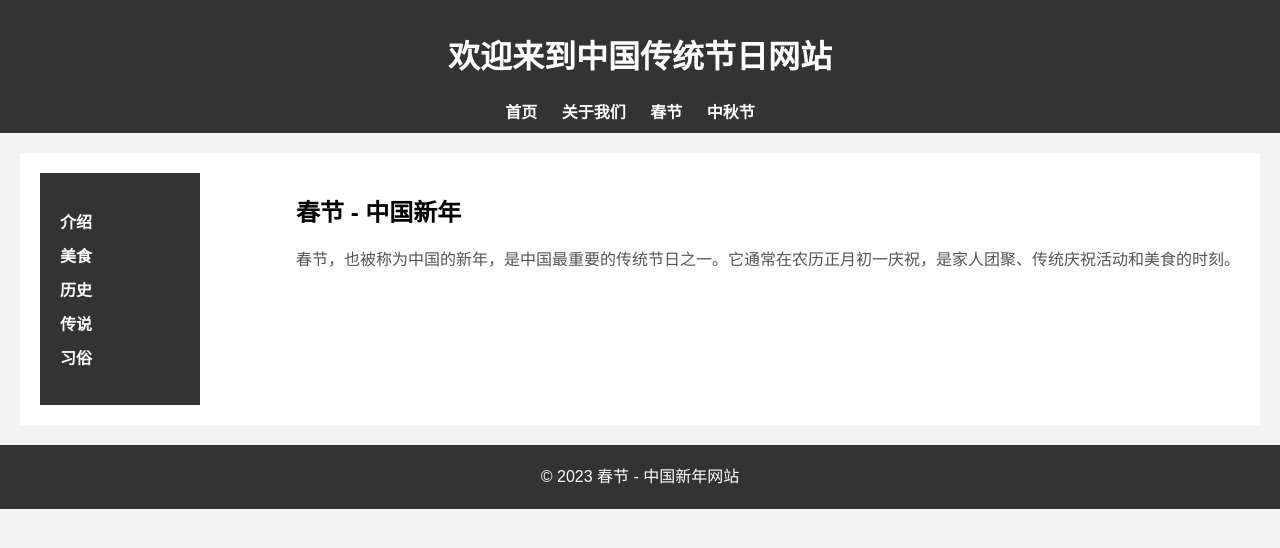
Repository: XueJie1/computer-operation-basics
Page: pages/springfes/springfestival.html
The author's editor kept a copy of each file at every save. The page is drawn from the files as they stood at one save, then again after the next save.
The browser window is 1280 px wide. The pictures show the whole page.

Above is the page before, as saved 2023-08-31 18:21:23.

After the next save:
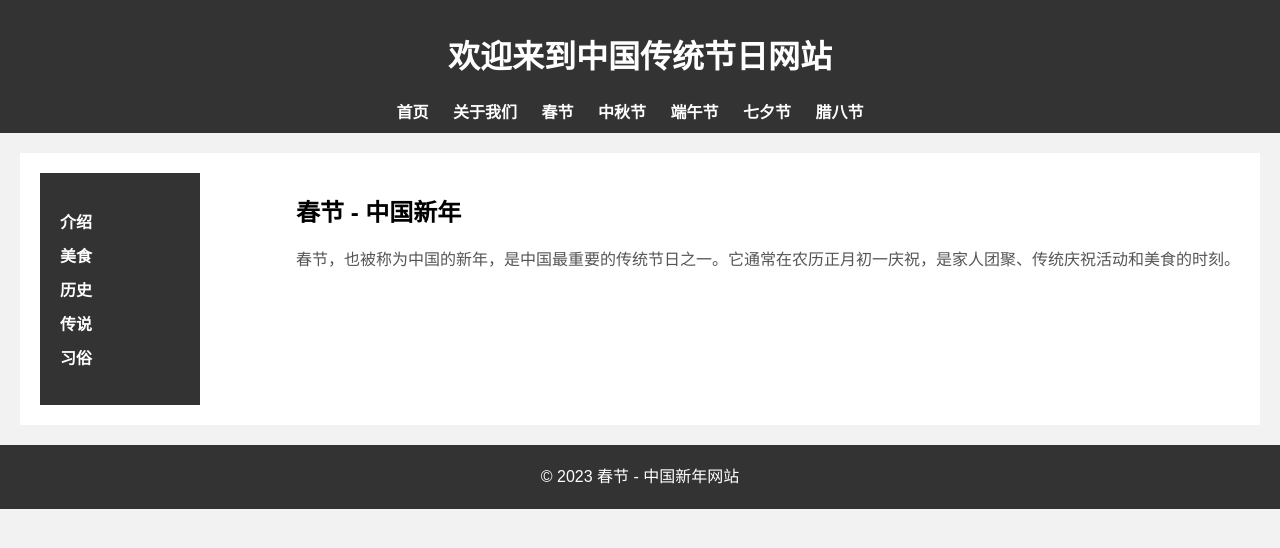
Saved 49 s later.
--- a/pages/springfes/springfestival.html
+++ b/pages/springfes/springfestival.html
@@ -19,6 +19,9 @@
                 <li><a href="../../about.html">关于我们</a></li>
                 <li><a href="../springfes/springfestival.html">春节</a></li>
                 <li><a href="../midautumn/midautumnfestival.html">中秋节</a></li>
+                <li><a href="../dragonboatfes/dragonboatfestival.html">端午节</a></li>
+                <li><a href="../qixifes/qixifestival.html">七夕节</a></li>
+                <li><a href="../labafes/labafestival.html">腊八节</a></li>
             </ul>
         </nav>
     </div>
